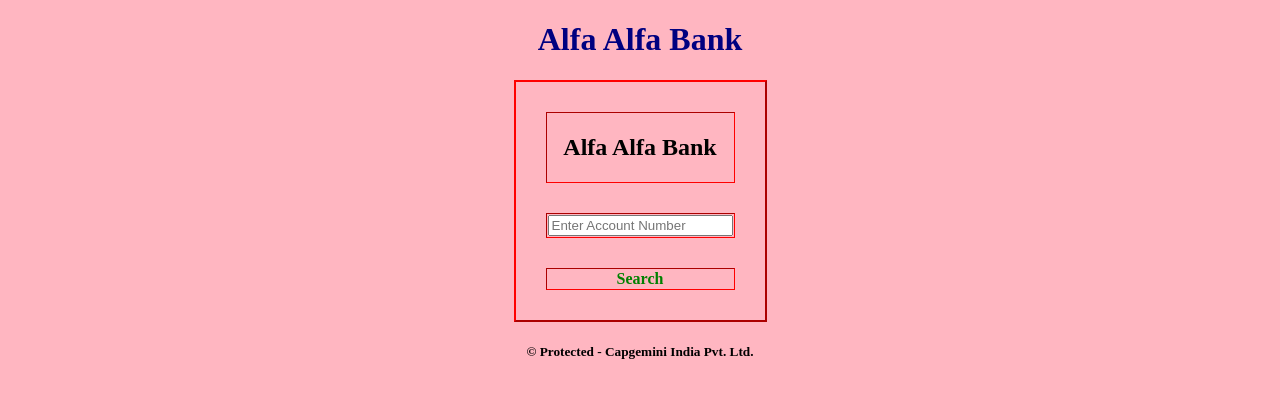
Repository: Rccalfa123/OnlineBankingApp
Page: http://localhost/AlfaAlfaBankApp/searchAccount.jsp
These files come from the project's save history. The page is drawn as it stood at one moment and after the next save; the edit follows.
The browser window is 1280 px wide. The pictures show the whole page.
The page is served by Tomcat 9. Other server files are loaded and not shown.

Above is the page before, as saved 2018-08-10 11:27:22.

### AlfaAlfaBankApp/WebContent/searchAccount.jsp
<%@ page language="java" contentType="text/html; charset=ISO-8859-1"
    pageEncoding="ISO-8859-1"%>
<!DOCTYPE html>
<html>
<head>

<link rel="stylesheet" type="text/css" href="mystyle.css">

<meta charset="ISO-8859-1">
<title>Search an Account</title>
</head>
<body>
	<jsp:include page="header.jsp"></jsp:include>
	<form action=".app" method="get">

		<div>
			<table cellspacing="30" align="center" border="2">
				<tr>
					<th colspan="6" height="35"><h2>Alfa Alfa Bank</h2></th>
				</tr>

				<tr>
					<th colspan="6"  align="center"> <input type="number" name="typedAccount"  placeholder="Enter Account Number"></th>
				</tr>

				<tr>
					<th colspan="6"  align="center"><a href = "searchAccount.app">Search</a></th>
				</tr>
			</table>
		</div>

	</form>
	<jsp:include page="footer.html"></jsp:include>

</body>
</html>

### AlfaAlfaBankApp/WebContent/header.jsp
<%@taglib prefix="jstl" uri="http://java.sun.com/jsp/jstl/core" %>
<div align="center">
	<h1>Alfa Alfa Bank</h1>
</div>

### AlfaAlfaBankApp/WebContent/footer.html
<div align="center">
<h5>&copy; Protected - Capgemini India Pvt. Ltd.</h5>
</div>

### AlfaAlfaBankApp/WebContent/mystyle.css
@charset "ISO-8859-1";

body {
    background-color: lightpink;
}

h1 {
    color: navy;
}

td{

 font-family: sans-serif;

}

table {
	border-color: red;
	border-right: 2px 2px 2px 2px ;
}

a{
	text-decoration: none;
	color: green;
}

After the next save:
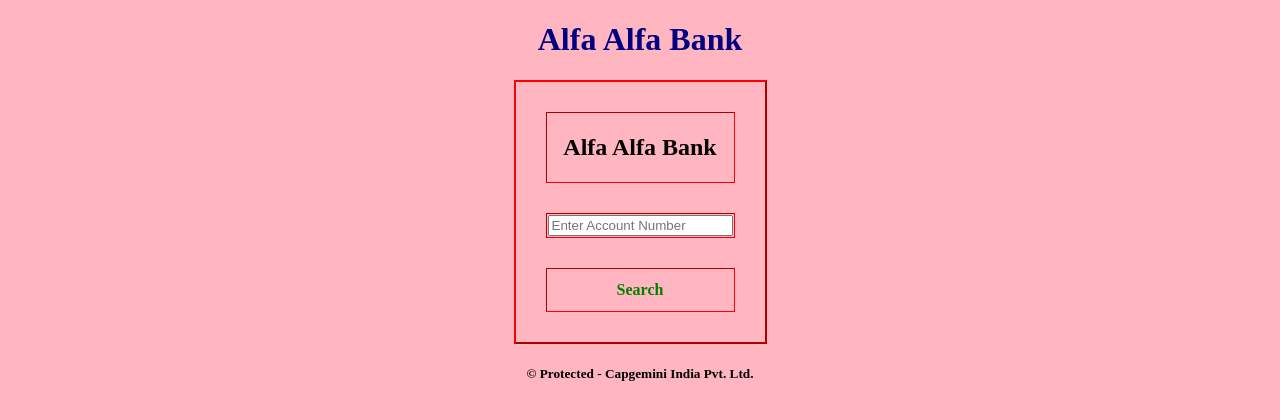
Saved 59 s later.
--- a/AlfaAlfaBankApp/WebContent/searchAccount.jsp
+++ b/AlfaAlfaBankApp/WebContent/searchAccount.jsp
@@ -20,11 +20,11 @@
 				</tr>
 
 				<tr>
-					<th colspan="6"  align="center"> <input type="number" name="typedAccount"  placeholder="Enter Account Number"></th>
+					<th colspan="6" > <input type="number" name="typedAccount"  placeholder="Enter Account Number"></th>
 				</tr>
 
 				<tr>
-					<th colspan="6"  align="center"><a href = "searchAccount.app">Search</a></th>
+					<th colspan="6"  height="40"><a href = "searchAccount.app">Search</a></th>
 				</tr>
 			</table>
 		</div>
